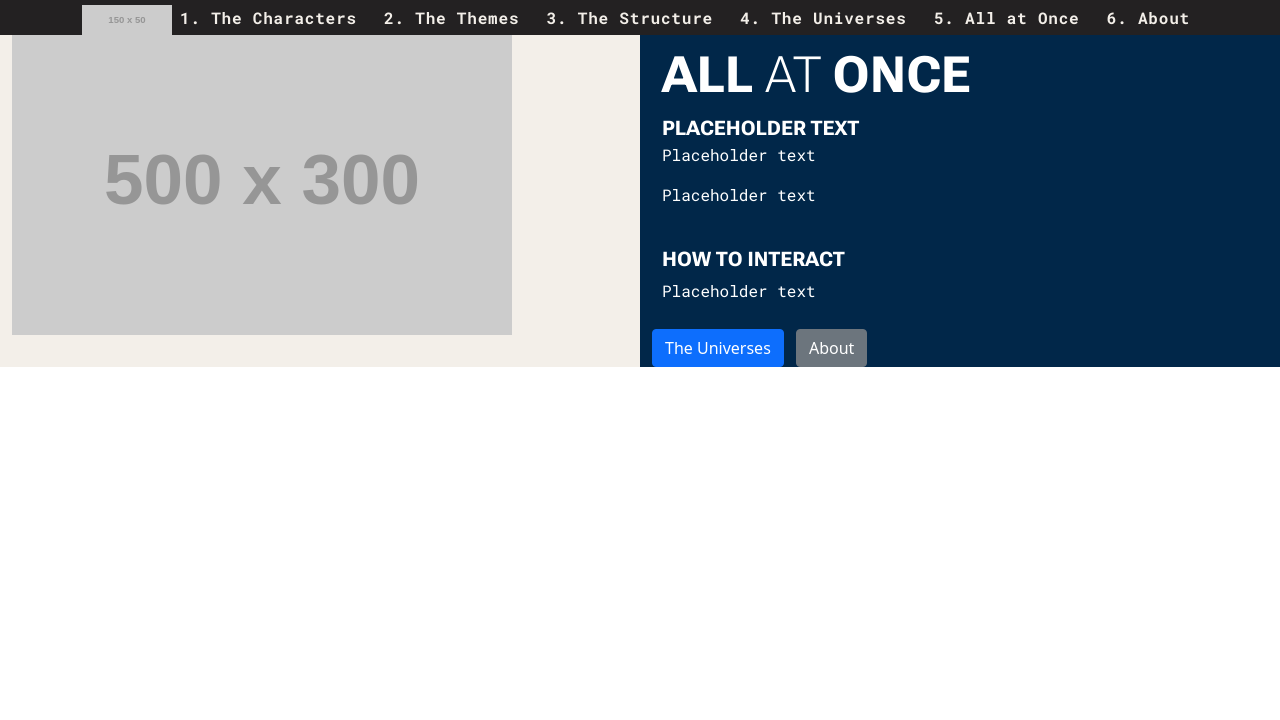
Repository: angelica-hom/msdv-thesis
Page: once.html
The author's editor kept a record of every edit. The page is drawn from the files as they stood at one moment, then again after the next edit.
The browser window is 1280 px wide. The pictures show the whole page.

Above is the page before.

### once.html
<!doctype html>
<html lang="en">
<head>
    <meta charset="utf-8">
    <meta name="viewport" content="width=device-width, initial-scale=1">
    <link href="https://cdn.jsdelivr.net/npm/bootstrap@5.1.3/dist/css/bootstrap.min.css" rel="stylesheet">
    <link href="once.css" rel="stylesheet">
    <title>Decoding Everything Everywhere All at Once</title>
</head>
<body>
    <nav class="navbar navbar-expand-lg navbar-custom">
        <div class="container">
            <a class="navbar-brand" href="#">
                <img src="https://via.placeholder.com/150x50" alt="Your Brand" height="30">
            </a>
            <div class="collapse navbar-collapse" id="navbarNav">
                <ul class="navbar-nav mx-auto">
                    <li class="nav-item">
                        <a class="nav-link" href="characters.html">1. The Characters</a>
                    </li>
                    <li class="nav-item">
                        <a class="nav-link" href="themes.html">2. The Themes</a>
                    </li>
                    <li class="nav-item">
                        <a class="nav-link" href="structure.html">3. The Structure</a>
                    </li>
                    <li class="nav-item">
                        <a class="nav-link" href="universes.html">4. The Universes</a>
                    </li>
                    <li class="nav-item">
                        <a class="nav-link" href="once.html">5. All at Once</a>
                    </li>
                    <li class="nav-item">
                        <a class="nav-link" href="about.html">6. About</a>
                    </li>
                </ul>
            </div>
        </div>
    </nav>

    <div class="container-fluid">
        <div class="row">
            <div class="col-md-6 left-section">
                <img src="https://via.placeholder.com/500x300" alt="Static image" class="img-fluid">
            </div>
            <div class="col-md-6 d-flex flex-column justify-content-center right-section">
                <div id="content">
                    <h2><span class="bold">ALL</span> AT <span class="bold">ONCE</span></h2>
                    <span class="subheading">PLACEHOLDER TEXT</span>
                    <br<br><p>Placeholder text</p>
                    <p>Placeholder text</p>
                    <br><h3>HOW TO INTERACT</h3>
                    <p>Placeholder text</p>
                </div>
                <div>
                    <a href="universes.html" class="btn btn-primary me-2">The Universes</a>
                    <a href="about.html" class="btn btn-secondary">About</a>
                </div>
            </div>
        </div>
    </div>

    <script src="once.js"></script>
    <script src="https://cdn.jsdelivr.net/npm/@popperjs/core@2.11.6/dist/umd/popper.min.js"></script>
    <script src="https://cdn.jsdelivr.net/npm/bootstrap@5.1.3/dist/js/bootstrap.min.js"></script>
</body>
</html>

### once.css
@import url('https://fonts.googleapis.com/css2?family=Roboto+Flex:wght@100;200;300;400;500;600;700;800;900;1000&display=swap');
@import url('https://fonts.googleapis.com/css2?family=Roboto+Mono:ital,wght@0,100;0,200;0,300;0,400;0,500;0,600;0,700;1,100;1,200;1,300;1,400;1,500;1,600;1,700&display=swap');

body, html {
    margin: 0;
    height: 100%;
    overflow-x: hidden;
}

.navbar-custom {
    margin-bottom: 0;
    height: 35px;
    align-items: center; /* Center the navbar content vertically */
    background-color: #232122; /* New navbar background color */
    width: 100%; /* Make the navbar container wider */
    font-family: 'Roboto Mono', monospace; /* Specify the font family */
    font-weight: 700;
}

.navbar-custom .navbar-brand,
.navbar-custom .nav-link {
    color: #F3EFE9;
    padding: 0;
    line-height: 35px;
    font-size: 16px;
    letter-spacing: 0.05em;
    font-family: 'Roboto Mono', monospace;
    margin: 0; /* Add a margin to create more space between nav items */
}

.navbar-custom .navbar-nav {
    flex-grow: 1;
    display: flex;
    justify-content: space-between; /* Spread out the nav items */
}

.navbar-custom .nav-link:hover {
    color: #232122;
    background-color: #F3EFE9; /* New background color on hover */
}

a:focus, a:active, a:hover {
  outline: none;
  text-decoration: none;
  color: #F3EFE9; /* Set the desired color for the links */
}



.left-section {
    background-color: #F3EFE9;
}

.right-section {
    background-color: #012749;
    color: #FFF; /* Set text color to white for better contrast */
}

.right-section #content {
    padding: 10px;
}

.right-section #content h2 {
    font-family: 'Roboto Flex', sans-serif;
    font-style: normal;
    font-weight: 200;
    font-size: 50px;
}

.right-section #content .subheading {
    font-family: 'Roboto Flex', sans-serif;
    font-style: normal;
    font-weight: 800;
    font-size: 20px;
}

.right-section #content h3 {
    font-family: 'Roboto Flex', sans-serif;
    font-style: normal;
    font-weight: 800;
    font-size: 20px;
}

@media (max-width: 768px) {
  h2 {
    font-size: 28px;
  }
}

.right-section #content .bold {
    font-weight: 800;
}

.right-section #content p {
    font-family: 'Roboto Mono', monospace;
    font-style: normal;
    font-weight: 400;
    font-size: 16px;
}

Loaded but not shown: once.js (no copy from this time; the picture is the same without it)

After the next edit:
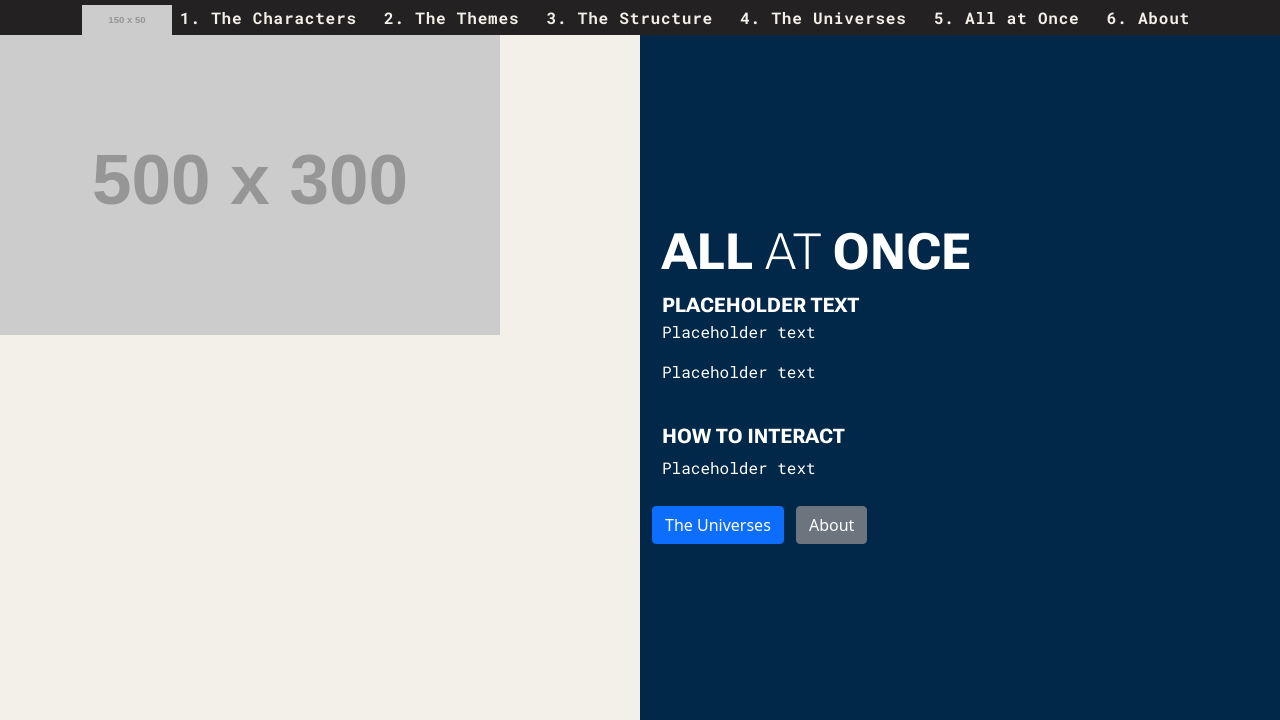
The edit:
--- a/once.css
+++ b/once.css
@@ -7,6 +7,16 @@
     overflow-x: hidden;
 }
 
+.container-fluid {
+    height: calc(100% - 35px); /* Subtract navbar height */
+    padding: 0;
+}
+
+.row {
+    height: 100%;
+}
+
+/* NAVBAR */
 .navbar-custom {
     margin-bottom: 0;
     height: 35px;
